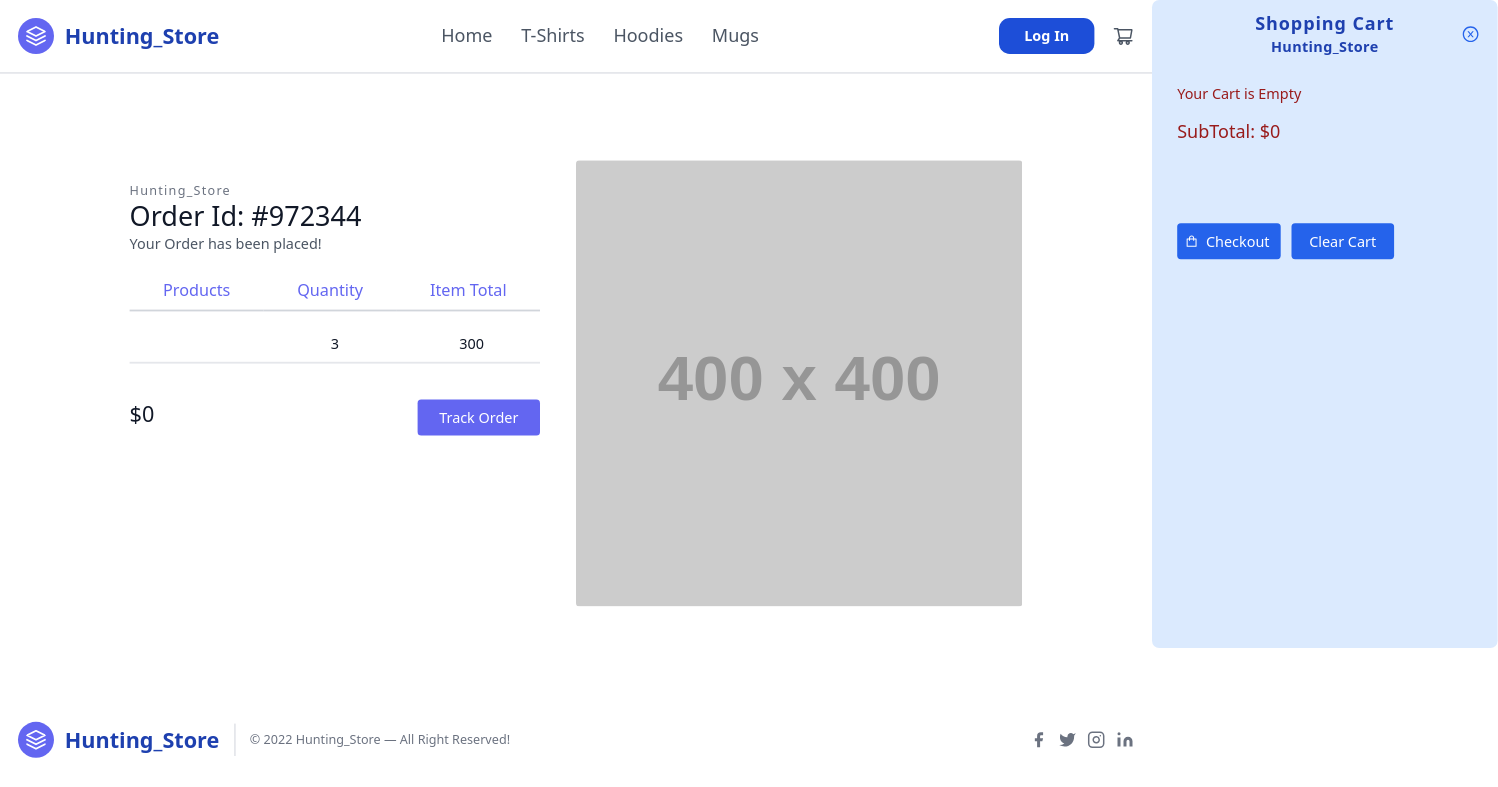
Repository: faixanmalik/ecom-store
Page: /order
These files come from the project's save history. The page is drawn as it stood at one moment and after the next save; the edit follows.
The browser window is 1280 px wide. The page is 1664 px wide, so the pictures cover 1664 px, including what lies to the right of the window. The pictures show the whole page, at 90% of full size.
The project was rebuilt for these pictures with package versions that can differ from the ones it lists, and the page was loaded fresh each time. The framework's server and built-in components were replaced by stand-ins that run in the browser. Also part of the build but not shown: next.config.js.

Above is the page before, as saved 2022-12-26 17:29:00.

After the next save:
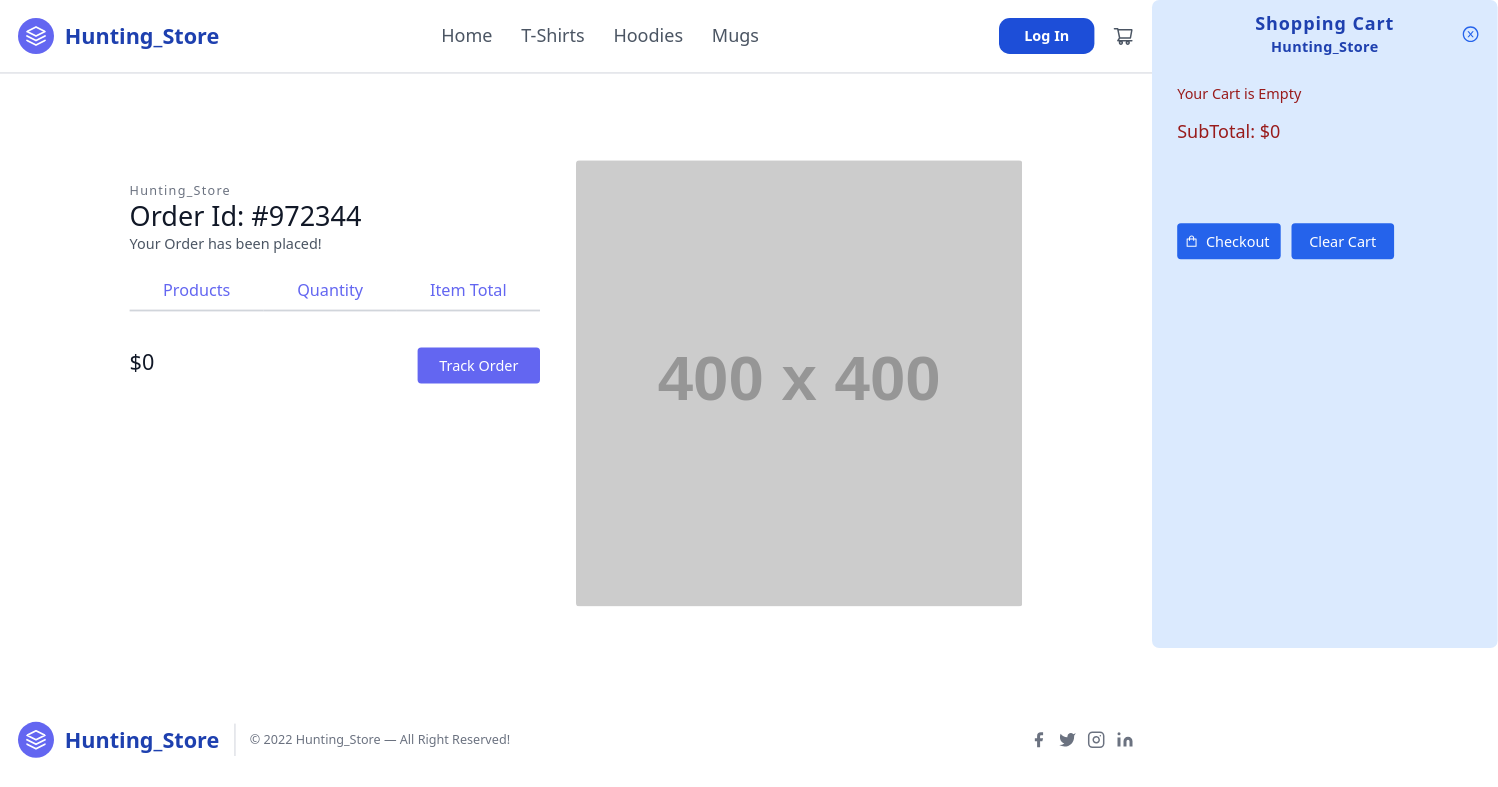
Saved 56 s later.
--- a/pages/order.js
+++ b/pages/order.js
@@ -18,12 +18,12 @@ function Order({subTotal, cart }) {
 
       <div className='mb-10'>
 
-
-        <div class="flex w-full border-b-2 border-gray-200 py-2">
+      {Object.keys(cart).map((k)=>{
+        return <div key={item} class="flex w-full border-b-2 border-gray-200 py-2">
           <div class="w-1/3 text-center text-gray-500">{cart.title}</div>
           <div class="w-1/3 text-center text-gray-900">3</div>
           <div class="w-1/3 text-center text-gray-900">300</div>
-        </div>
+        </div>})}
 
 
       </div>
